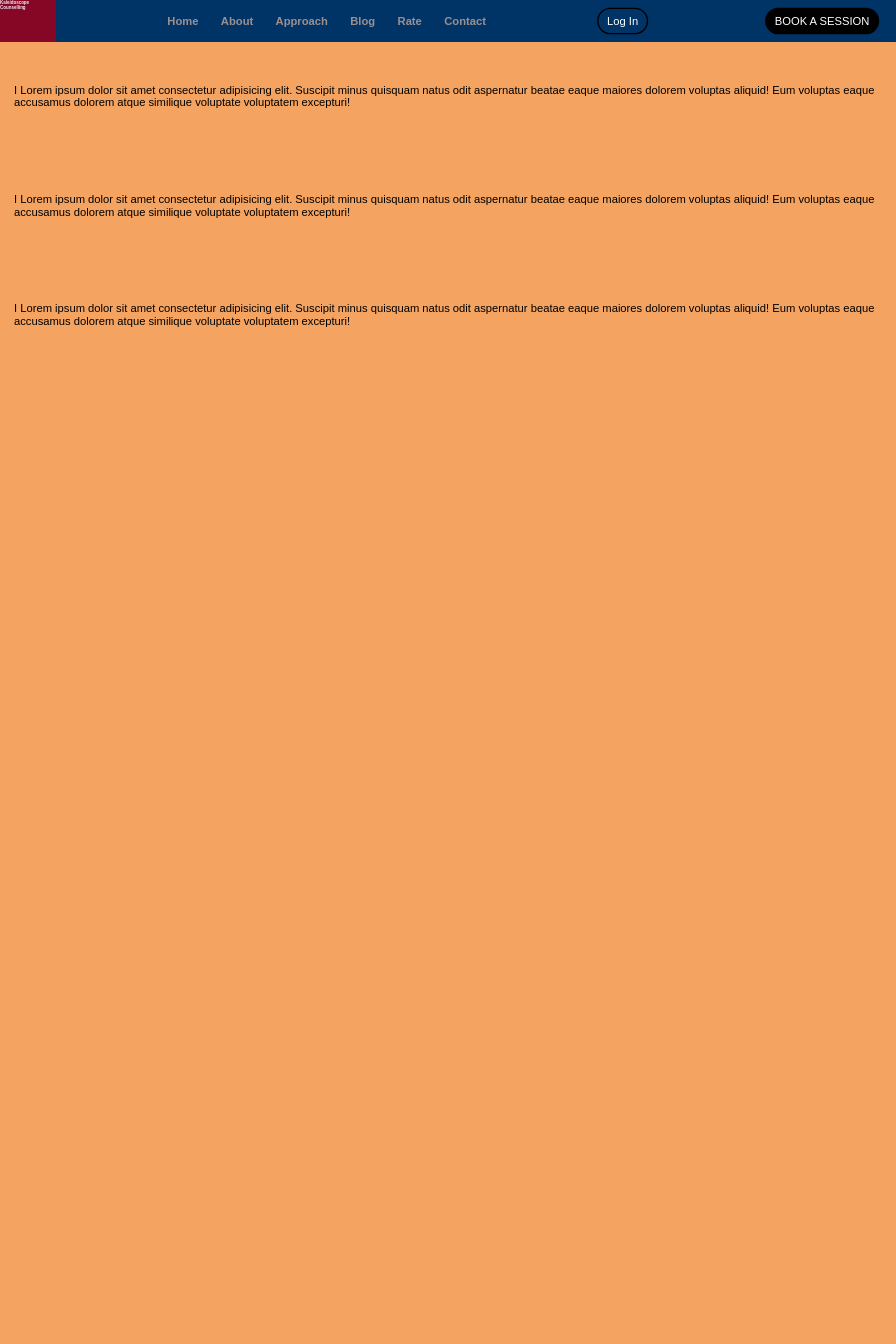
Repository: voutadi/Project1
Page: index.html
These files come from the project's save history. The page is drawn as it stood at one moment and after the next save; the edit follows.
The browser window is 1280 px wide. The pictures show the part of the page from y = 0 to 1920 px (the page is 3120 px tall), at 70% of full size.

Above is the page before, as saved 2024-11-24 21:18:40.

### index.html
<!DOCTYPE html>
<html lang="en">
  <head>
    <meta charset="UTF-8" />
    <meta name="viewport" content="width=device-width, initial-scale=1.0" />
    <link rel="stylesheet" href="styles/style.css" />

    <title>Kaleidoscope Counselling</title>
  </head>
  <body>
    <header class="flex">
      <div class="logo-container">
        <div class="logo">
          Kaleidoscope <br />
          Counselling
        </div>
      </div>
      <nav class="navbar">
        <ul>
          <li><a href="#home">Home</a></li>
          <li>
            <a
              href="https://www.psychologytoday.com/ca/therapists/ava-outadi-port-moody-bc/1111563"
              target="_blank"
              >About</a
            >
          </li>
          <li><a href="#approach">Approach</a></li>
          <li><a href="#blog">Blog</a></li>
          <li><a href="#rate">Rate</a></li>
          <li><a href="#contact">Contact</a></li>
        </ul>
      </nav>
      <button class="login">
        Log In
      </button>

      <button>BOOK A SESSION</button>
    </header>

    <p>
      I Lorem ipsum dolor sit amet consectetur adipisicing elit. Suscipit minus
      quisquam natus odit aspernatur beatae eaque maiores dolorem voluptas
      aliquid! Eum voluptas eaque accusamus dolorem atque similique voluptate
      voluptatem excepturi!
    </p>
    <p>
      I Lorem ipsum dolor sit amet consectetur adipisicing elit. Suscipit minus
      quisquam natus odit aspernatur beatae eaque maiores dolorem voluptas
      aliquid! Eum voluptas eaque accusamus dolorem atque similique voluptate
      voluptatem excepturi!
    </p>
    <p>
      I Lorem ipsum dolor sit amet consectetur adipisicing elit. Suscipit minus
      quisquam natus odit aspernatur beatae eaque maiores dolorem voluptas
      aliquid! Eum voluptas eaque accusamus dolorem atque similique voluptate
      voluptatem excepturi!
    </p>
  </body>
</html>

### styles/style.css
* {
  margin: 0;
  padding: 0;
  box-sizing: border-box;
}
body {
  background-color: rgb(244,164,96);
  height: 3000px;
  font-family: Arial, Helvetica, sans-serif;
  font-size: 1rem;
}
header {
  max-width: 100%; /*Make sure Take all of her parent element(body)on all different devices .*/
  height: 60px;
;
  position: fixed;
  top: 0;
  left: 0;
  right: 0;
  background-color: #003366;
  display: flex;
  justify-content: space-between;
  align-items: center;

  box-shadow: 0 2px 4px rgba(243, 172, 172, 0.15); /* Adds a subtle shadow for depth, optional */
}
.logo-container {
  width: 80px;; /* Put condition for smaller or biger divice*/
  background-color: rgb(134, 6, 38);
  height: 60px;
}
.logo {
  color: rgb(239, 236, 243);
  font-size: 0.4rem;
  font-weight: bold;
}

.navbar ul {
  display: flex;
  flex: 1;
  justify-content: center;
  list-style-type: none;
  flex-wrap: wrap;
}
.navbar li {
  margin: 1rem;
}
.navbar a {
  font-size: 1rem;
  color: rgb(155, 144, 144);
  font-weight: 700;

  text-decoration: none;
}
.navbar a:hover {
  background-color: rgb(184, 175, 175);
  padding: 5px 10px;
  border-radius: 16px;
  transition: 0.15s;
}

.navbar a:active {
  background-color: rgb(166, 162, 162);
  padding: 10px 10px;
  border-radius: 16px;
  transition: 0.15s;

}

.login{
  background-color: #003366;

}
button {
  background-color: black;
  color: white;

  font-size: 1rem;
  padding: 8px 12px;
  margin-right: 1.5rem;
  border-width: 2px;
  border-style: solid;
  border-radius: 20px;
  cursor: pointer;
}
button:hover {
  background-color: white;
  color: black;
  transition: 0.15s;
  padding: 12px 18px;
}
button:active {
  padding: 18px 24px;
}
p {
  margin-top: 120px;
  margin-left: 20px;
}
@media (max-width: 380px) {
  body {
    font-size: 0.4rem;/* Smaller font size */

  }
  button {
    font-size: 0.4rem;
    padding: 2px;
    margin-right: 0.4rem;
    border-radius: 8px;
  }
  button:hover {
    font-size: 0.4rem;
    padding: 2px;
  }
  button:active {
    padding: 3px;
  }
  .navbar li {
    margin: 0.2rem;
  }
  .navbar a {
    font-size: 0.5rem;
    margin: 0.2rem ;
  }
}


@media (max-width: 600px) {
  body {
    font-size: 0.5rem;
  } /* Smaller font size */
  button {
    font-size: 0.5rem;
    padding: 2px 4px;
    margin-right: 0.5rem;
    border-radius: 10px;
  }
  button:hover {
    font-size: 0.5rem;
    padding: 2px;
  }
  button:active {
    padding: 3px;
  }
  .navbar li {
    margin: 0.3rem;
  }
  .navbar a {
    font-size: 0.6rem;
  }
}
@media (min-width: 601px) and (max-width: 900px) {
  body {
    font-size: 0.75rem;
  } /* Smaller font size */
  button {
    font-size: 0.75rem;
    padding: 2px 4px;
    margin-right: 0.75rem;
    border-radius: 10px;
  }
  button:hover {
    font-size: 0.75rem;
    padding: 2px;
  }
  button:active {
    padding: 3px;
  }
  .navbar li {
    margin: 0.5rem;
  }
  .navbar a {
    font-size: 0.8rem;
  }
}

After the next save:
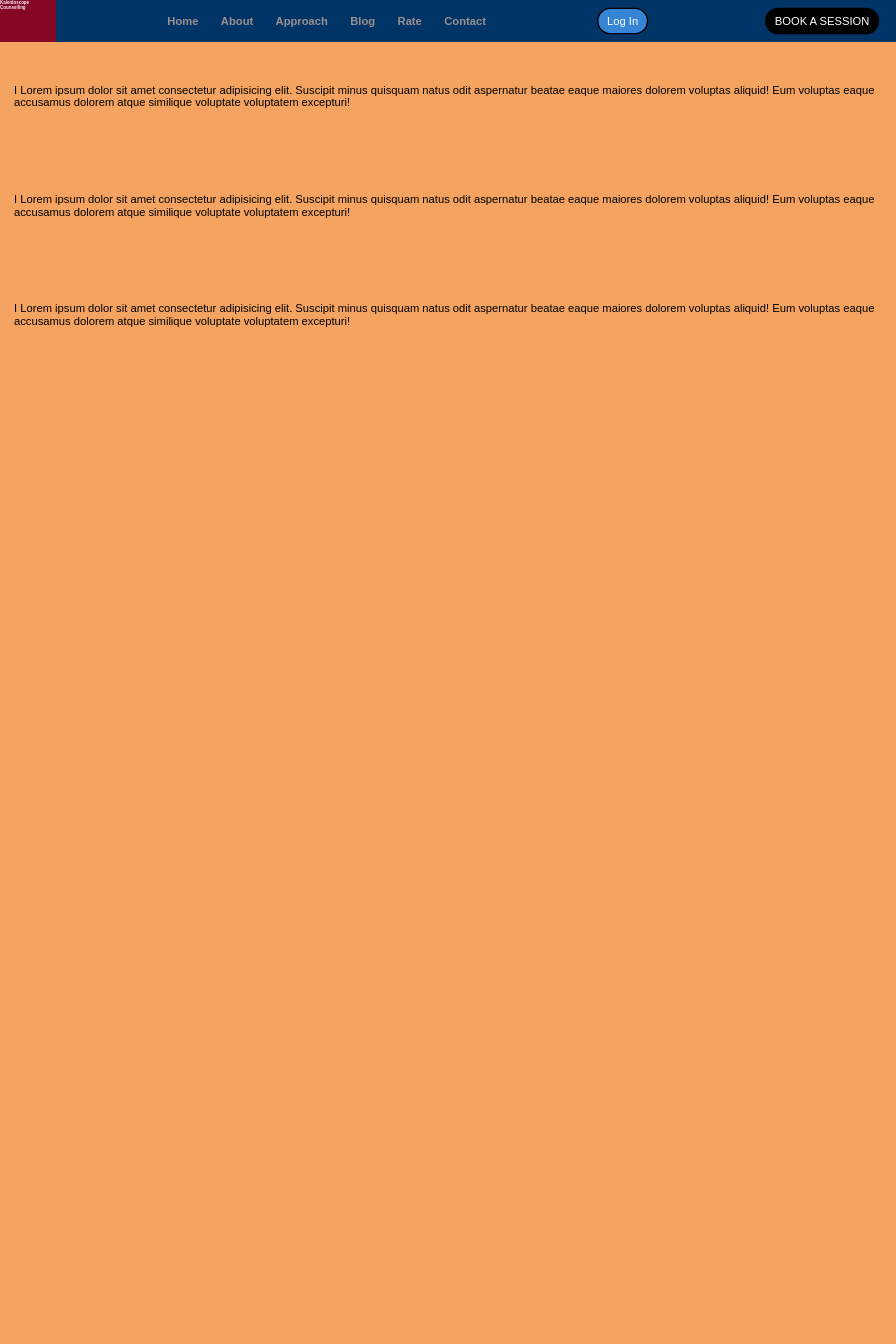
Saved 10 s later.
--- a/styles/style.css
+++ b/styles/style.css
@@ -68,7 +68,7 @@ header {
 }
 
 .login{
-  background-color: #003366;
+  background-color: #3685d4;
 
 }
 button {
